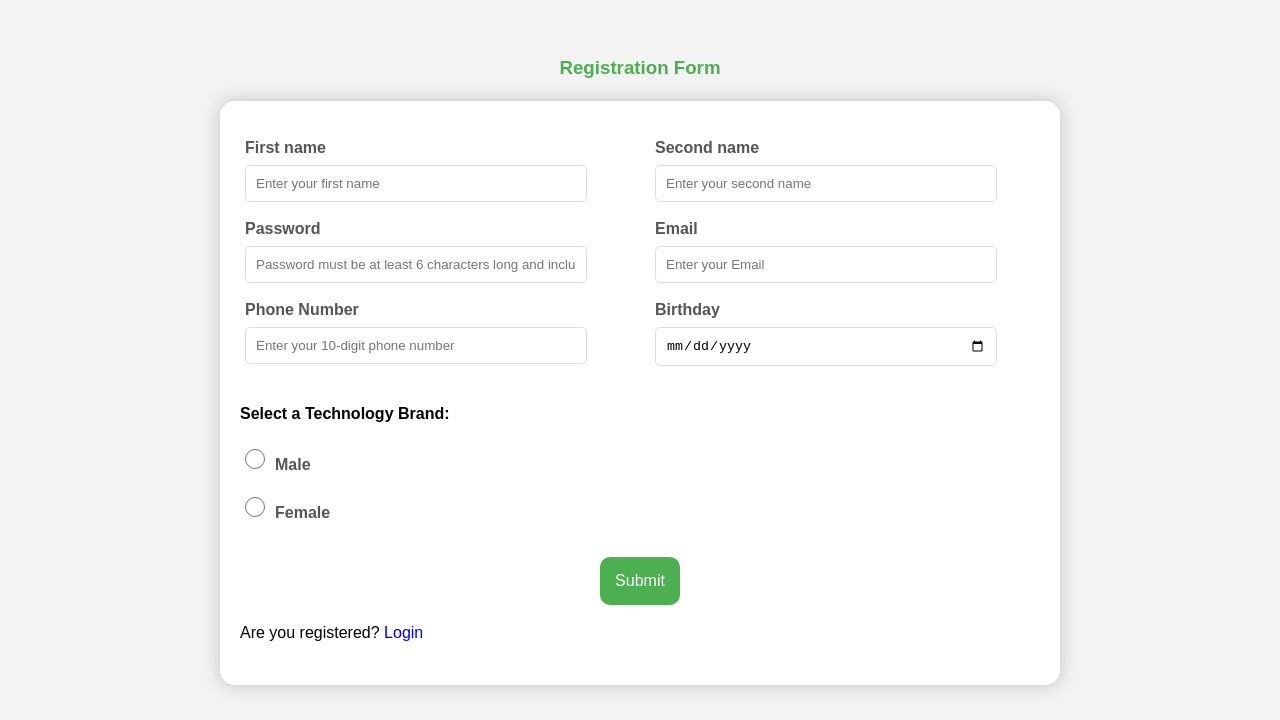
Repository: alizey12/Regestratin-Form-js
Page: regester.html
These files come from the project's save history. The page is drawn as it stood at one moment and after the next save; the edit follows.
The browser window is 1280 px wide. The pictures show the whole page.

Above is the page before, as saved 2024-11-29 20:35:02.

### regester.html
<!DOCTYPE html>
<html lang="en">
<head>
    <meta charset="UTF-8">
    <meta name="viewport" content="width=device-width, initial-scale=1.0">
    <link rel="stylesheet" href="regester.css">
    <title>Registration Form</title>
</head>
<body>
    <h3>Registration Form</h3>
    <div class="main">
        <form id="signupForm" action="">
            <div class="grid-container">
                <div>
                    <label for="username">First name</label>
                    <input type="text" id="username" name="username"
                           placeholder="Enter your first name"
                           required pattern="^[a-zA-Z0-9_]{3,15}$"
                           title="Username must be 3-15 characters long and can only contain letters, numbers, and underscores.">

                    <label for="password">Password</label>
                    <input type="password" id="password" name="password"
                           placeholder="Password must be at least 6 characters long and include one letter and one number."
                           required pattern="^(?=.*[A-Za-z])(?=.*\d)[A-Za-z\d]{6,}$"
                           title="Password must be at least 6 characters long and include one letter and one number.">

                    <label for="quantity">Phone Number</label>
                    <input type="text" id="quantity" name="quantity"
                           placeholder="Enter your 10-digit phone number"
                           required pattern="^\d{10}$"
                           title="Enter a valid 10-digit phone number.">
                </div>
                <div>
                    <label for="username">Second name</label>
                    <input type="text" id="username" name="username"
                           placeholder="Enter your second name"
                           required pattern="^[a-zA-Z0-9_]{3,15}$"
                           title="Username must be 3-15 characters long and can only contain letters, numbers, and underscores.">

                    <label for="email">Email</label>
                    <input type="email" id="email" name="email"
                           placeholder="Enter your Email"
                           required pattern="^[a-zA-Z0-9._%+-]+@[a-zA-Z0-9.-]+\.[a-zA-Z]{2,}$">

                    <label for="birthday">Birthday</label>
                    <input type="date" id="birthday" name="birthday" required>
                </div>
            </div>

            <p><b>Select a Technology Brand:</b></p>
            <div class="gen-rad">
                <label>
                    <input type="radio" id="Netflix" name="brand" value="Netflix">
                    Male
                </label>
                <label>
                    <input type="radio" id="Audi" name="brand" value="Audi">
                    Female
                </label>

            </div>

            <!-- <h3 class="heading">Your favourite language</h3>
            <label class="container">
                HTML
                <input type="checkbox" name="language" value="HTML">
            </label>
            <label class="container">
                CSS
                <input type="checkbox" name="language" value="CSS">
            </label>
            <label class="container">
                JavaScript
                <input type="checkbox" name="language" value="JavaScript">
            </label>
            <label class="container">
                React
                <input type="checkbox" name="language" value="React">
            </label> -->


            <div class="wrap">
                <button type="submit">Submit</button>
            </div>
        </form>
        <p>Are you registered?
            <a href="signin.html" style="text-decoration: none;">Login</a>
        </p>
    </div>
    <script src="Regester.js"></script>
</body>
</html>

### regester.css
body {
    display: flex;
    align-items: center;
    justify-content: center;
    font-family: sans-serif;
    line-height: 1.5;
    min-height: 100vh;
    background: #f3f3f3;
    flex-direction: column;
    margin: 0;
}

.main {
    background-color: #fff;
    border-radius: 15px;
    box-shadow: 0 0 20px rgba(0, 0, 0, 0.2);
    padding: 20px;
    transition: transform 0.2s;
    width: 800px;
}

h3 {
    color: #4CAF50;
    text-align: center;
}

label {
    display: block;
    margin-top: 10px;
    margin-bottom: 5px;
    text-align: left;
    color: #555;
    font-weight: bold;
}

input {
    display: block;
    width: 90%;
    margin-bottom: 15px;
    padding: 10px;
    box-sizing: border-box;
    border: 1px solid #ddd;
    border-radius: 5px;
}

button {
    padding: 15px;
    border-radius: 10px;
    margin-top: 15px;
    border: none;
    color: white;
    cursor: pointer;
    background-color: #4CAF50;
    font-size: 16px;
}

.wrap {
    display: flex;
    justify-content: center;
    align-items: center;
}

/* Grid container for organizing the form layout */
.grid-container {
    display: grid;
    grid-template-columns: 1fr 1fr;
    gap: 20px;
}

.grid-container div {
    padding: 5px;
}

/* Styling for the checkboxes and labels */
.container {
    display: flex;
    align-items: center; /* Center checkbox and label vertically */
    margin-bottom: 10px;
    font-size: 16px;
    cursor: pointer;
}

/* Styling for checkboxes */
.container input[type="checkbox"] {
    margin-right: 10px; /* Space between checkbox and label text */
    width: 20px;
    height: 20px;
    accent-color: #4CAF50; /* Green check color */
}

/* Styling for the radio button container */
.gen-rad {
    margin-top: 20px;
}

/* Align radio buttons and labels neatly */
.gen-rad label {
    display: flex;
    align-items: center;
    margin-bottom: 10px;
    font-size: 16px;
}

.gen-rad input[type="radio"] {
    margin-right: 10px; /* Space between radio button and label */
    width: 20px;
    height: 20px;
}

/* Styling for radio buttons */
.gen-rad p {
    font-weight: bold;
    color: #555;
}

.container label, .gen-rad label {
    font-size: 16px;
    color: #555;
}

/* Adding spacing between elements */
p {
    margin-bottom: 20px;
}

/* Hover and checked states for checkboxes */
.container:hover {
    background-color: #f0f0f0;
    padding: 5px;
    border-radius: 5px;
}

.container input[type="checkbox"]:checked {
    background-color: #4CAF50; /* Green when checked */
}

.checkmark {
    position: absolute;
    top: 0;
    left: 0;
    height: 25px;
    width: 25px;
    background-color: #eee;
}

.container:hover input ~ .checkmark {
    background-color: #ccc;
}

.container input:checked ~ .checkmark {
    background-color: #279e63;
}

.checkmark:after {
    content: "";
    position: absolute;
    display: none;
}

.container input:checked ~ .checkmark:after {
    display: block;
}

.container .checkmark:after {
    left: 9px;
    top: 5px;
    width: 5px;
    height: 10px;
    border: solid white;
    border-width: 0 3px 3px 0;
    transform: rotate(45deg);
}

### Regester.js
document.getElementById('signupForm').addEventListener('submit', function (event) {
    event.preventDefault(); // Prevent form submission

    // Get field values
    const username = document.getElementById('username').value;
    const email = document.getElementById('email').value;
    const password = document.getElementById('password').value;
    const quantity = document.getElementById('quantity').value;
    const birthday = document.getElementById('birthday').value;
    const gender = document.querySelector('input[name="gender"]:checked');
    const languages = Array.from(document.querySelectorAll('input[name="language"]:checked'))
                            .map(lang => lang.value);

    // Validate gender
    if (!gender) {
        alert('Please select your gender.');
        return;
    }

    // Validate at least one language is selected
    if (languages.length === 0) {
        alert('Please select at least one favourite language.');
        return;
    }

    // Log values in the console
    console.log('Username:', username);
    console.log('Email:', email);
    console.log('Password:', password);
    console.log('Phone Number:', quantity);
    console.log('Birthday:', birthday);
    console.log('Gender:', gender.value);
    console.log('Languages:', languages);

    // Show success message
    alert('Signup successful!');
});

After the next save:
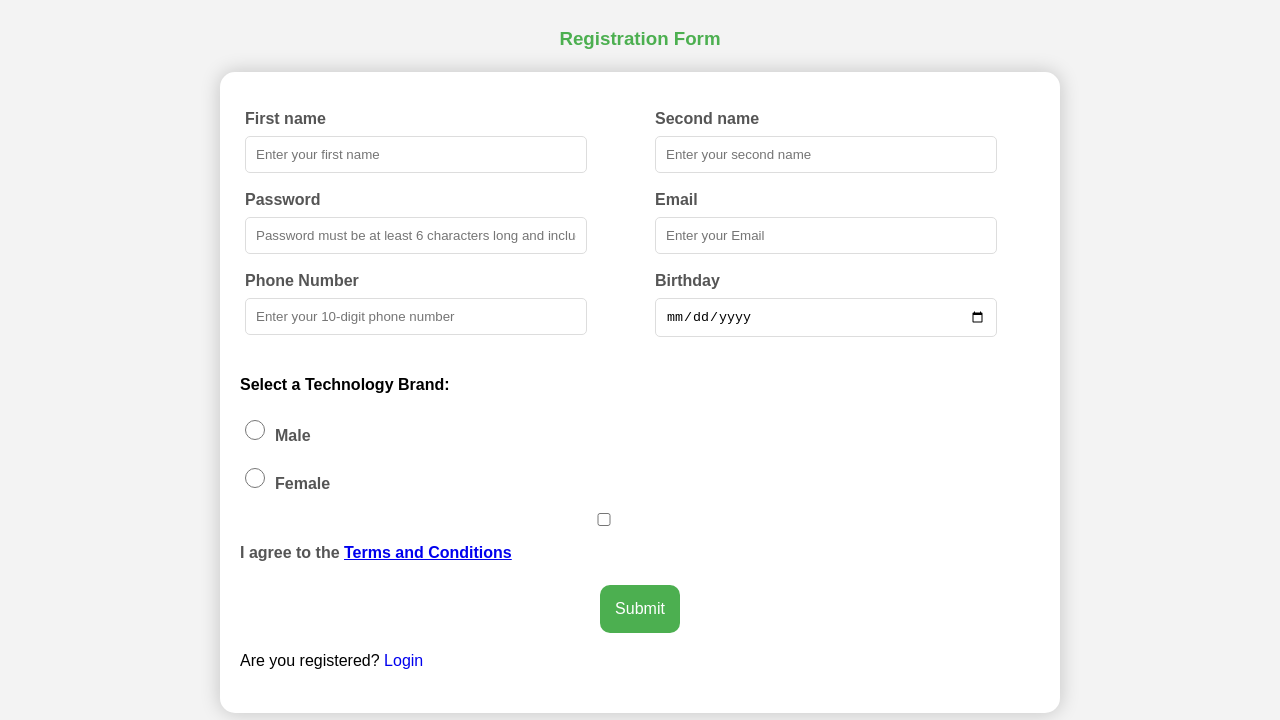
Saved 96 s later.
--- a/regester.html
+++ b/regester.html
@@ -78,7 +78,12 @@
                 <input type="checkbox" name="language" value="React">
             </label> -->
 
-
+            <div class="agree-term">
+                <input type="checkbox" id="agree" name="agree" required />
+                <label for="agree"
+                  >I agree to the <a href="#">Terms and Conditions</a></label
+                >
+              </div>
             <div class="wrap">
                 <button type="submit">Submit</button>
             </div>
